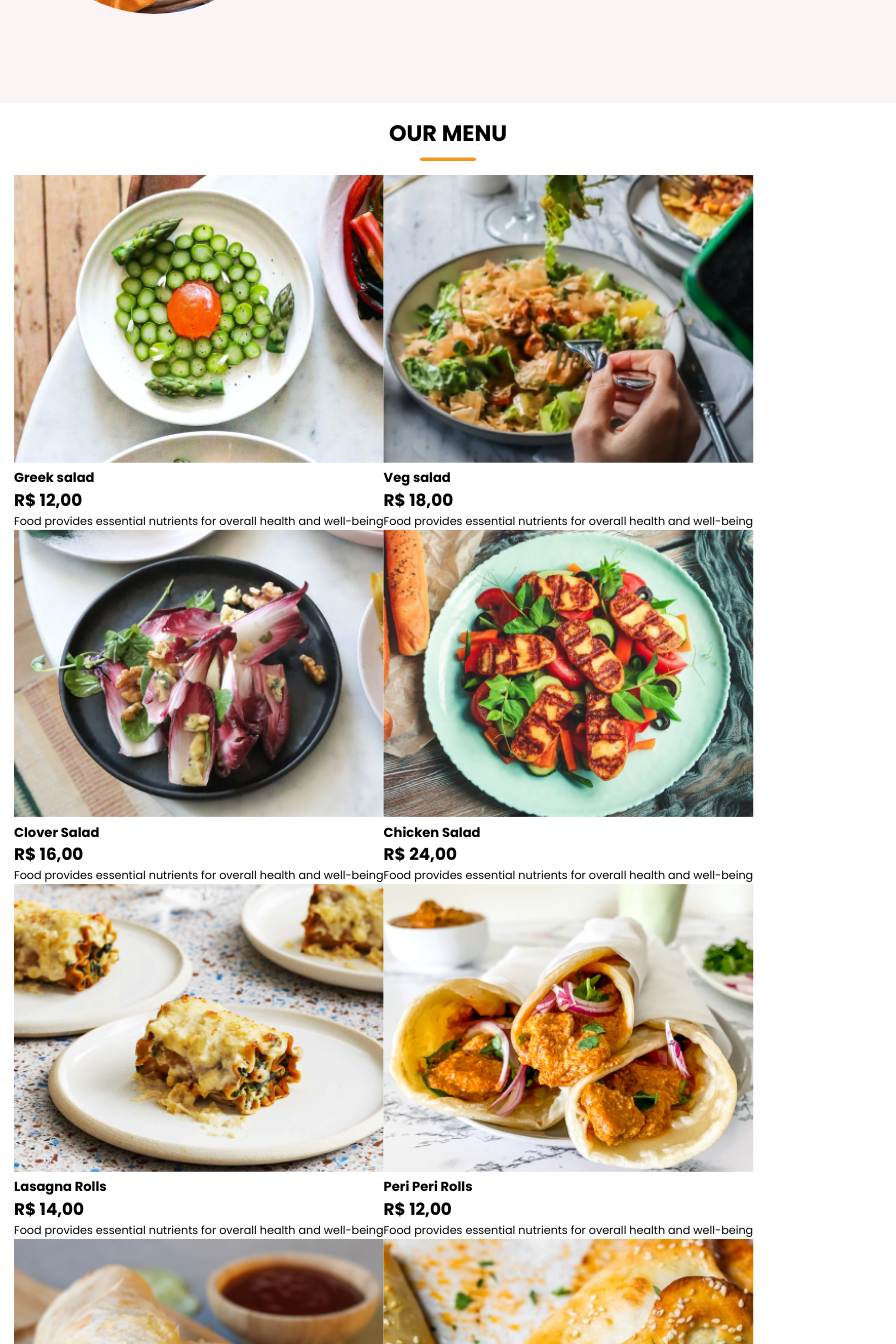
Repository: guilhermecardoso93/coffe-site-vite
Page: /
An editor plug-in stored every save of this project. The page is shown before and after the next save, followed by the edit.
The browser window is 1280 px wide. The pictures show the part of the page from y = 1220 to 3140 px (the page is 9576 px tall before and 10018 px after), at 70% of full size.
Some web fonts or font styles are not loaded; a fallback is used. The project was rebuilt for these pictures with package versions that can differ from the ones it lists, and the page was loaded fresh each time. Also part of the build but not shown: vite.config.js.

Above is the page before, as saved 2024-11-21 18:48:55.

### index.html
<!doctype html>
<html lang="en">

<head>
    <meta charset="UTF-8" />
    <link rel="icon" type="image/svg+xml" href="/vite.svg" />
    <link rel="preconnect" href="https://fonts.googleapis.com">
    <link rel="preconnect" href="https://fonts.gstatic.com" crossorigin>
    <link href="https://fonts.googleapis.com/css2?family=Miniver&family=Poppins:ital,wght@0,100;0,200;0,300;0,400;0,500;0,600;0,700;0,800;0,900;1,100;1,200;1,300;1,400;1,500;1,600;1,700;1,800;1,900&display=swap" rel="stylesheet">
    <meta name="viewport" content="width=device-width, initial-scale=1.0" />
    <title>Coffee WebSite</title>
</head>

<body>
    <div id="root"></div>
    <script type="module" src="/src/main.jsx"></script>
</body>

</html>

### src/main.jsx
import { StrictMode } from "react";
import { createRoot } from "react-dom/client";
import { App } from "./App.jsx";

import "./index.css";

createRoot(document.getElementById("root")).render(
  <StrictMode>
    <App />
  </StrictMode>
);

### src/App.jsx
import { Navbar } from "./components/Navbar";
import { Hero } from "./components/Hero";
import { About } from "./components/About";
import { Menu } from "./components/Menu";

export function App() {
  return (
    <>
      <Navbar />
      <Hero />
      <About />
      <Menu />
    </>
  );
}

### src/index.css
:root {
  font-synthesis: none;
  text-rendering: optimizeLegibility;
  -webkit-font-smoothing: antialiased;
  -moz-osx-font-smoothing: grayscale;

  --white-color: #fff;
  --dark-color: #252525;
  --primary-color: #3b141c;
  --secondary-color: #f3961c;
  --light-pink-color: #faf4f5;
  --medium-gray-color: #ccc;

  --font-size-s: 0.9rem;
  --font-size-n: 1rem;
  --font-size-m: 1.12rem;
  --font-size-l: 1.5rem;
  --font-size-xl: 2rem;
  --font-size-xxl: 2.3rem;

  --font-weight-normal: 400;
  --font-weight-medium: 500;
  --font-weight-semibold: 600;
  --font-weight-bold: 700;

  --border-radius-s: 8px;
  --border-radius-m: 30px;
  --border-radius-circle: 50%;

  --site-max-width: 1300px;
}

* {
  padding: 0;
  margin: 0;
  box-sizing: border-box;
  font-family: "Poppins", sans-serif;
}

ul {
  list-style: none;
}

a {
  text-decoration: none;
}

button {
  cursor: pointer;
  border: none;
  background-color: none;
}

img {
  width: 100%;
}

.section-content {
  margin: 0 auto;
  padding: 0 20px;
  max-width: var(--site-max-width);
}

.section-title {
  text-align: center;
  padding: 20px 0;
  text-transform: uppercase;
  font-size: var(--font-size-xl);
}

.section-title::after {
  content: '';
  width: 80px;
  height: 5px;
  display: block;
  margin: 10px auto 0;
  border-radius: var(--border-radius-s);
  background-color: var(--secondary-color);
}


@media screen and (max-width: 900px) {
  :root {
    --font-size-s: 0.9rem;
    --font-size-n: 1rem;
    --font-size-m: 1rem;
    --font-size-l: 1.3rem;
    --font-size-xl: 1.5rem;
    --font-size-xxl: 1.8rem;
  }
}

### src/components/Navbar/index.jsx
import { useState } from "react";
import { AlignJustify, X } from "lucide-react";
import "./styles.css";

export function Navbar() {
  // Estado para controlar a visibilidade do menu
  const [isMobileMenuOpen, setMobileMenuOpen] = useState(false);

  // Alternar o estado do menu
  const toggleMobileMenu = () => {
    setMobileMenuOpen((prevState) => !prevState);
    document.body.classList.toggle("show-mobile-menu", !isMobileMenuOpen); // Para adicionar/remover a classe no body
  };

  return (
    <header>
      <nav className="navbar section-content">
        <a href="/" className="nav-logo">
          <h2 className="logo-text">☕Coffee</h2>
        </a>
        {/* Menu com classe condicional */}
        <ul className={`nav-menu ${isMobileMenuOpen ? "show-mobile-menu" : ""}`}>
          <button id="menu-close-button" onClick={toggleMobileMenu}>
            <X color="black" size={40} />
          </button>
          <li className="nav-item">
            <a href="/" className="nav-link">
              Home
            </a>
          </li>
          <li className="nav-item">
            <a href="/about" className="nav-link">
              About
            </a>
          </li>
          <li className="nav-item">
            <a href="/menu" className="nav-link">
              Menu
            </a>
          </li>
          <li className="nav-item">
            <a href="/gallery" className="nav-link">
              Gallery
            </a>
          </li>
          <li className="nav-item">
            <a href="/contact" className="nav-link">
              Contact
            </a>
          </li>
        </ul>
        {/* Botão para abrir o menu */}
        <button id="menu-open-button" onClick={toggleMobileMenu}>
          <AlignJustify color="white" size={40} />
        </button>
      </nav>
    </header>
  );
}

### src/components/Hero/index.jsx
import heroImg from "../../assets/images/coffee-hero-section.png";
import "./styles.css";

export function Hero() {
  return (
    <main>
      <section className="hero-section">
        <div className="section-content-hero">
          <div className="hero-details">
            <h2 className="title">Best Coffee</h2>
            <h3 className="subtitle">
              Make your day great with our special coffee!
            </h3>
            <p className="description">
              Welcome to uor coffee paradise, where every tells a story end
              every cup sparks joy.
            </p>
            <div className="buttons">
              <a href="#" className="button order-now">
                {" "}
                Order Now
              </a>
              <a href="#" className="button contact-us">
                {" "}
                Contact Now
              </a>
            </div>
          </div>
          <div className="hero-image-wrapper">
            <img src={heroImg} alt="" className="hero-image" />
          </div>
        </div>
      </section>
    </main>
  );
}

### src/components/About/index.jsx
import { Instagram, Twitter, Youtube } from "lucide-react";
import AboutImg from "../../assets/images/about-image.jpg";
import "./styles.css";
export function About() {
  return (
    <section className="about-section" id="about">
      <div className="section-content">
        <div className="about-image-wrapper">
          <img src={AboutImg} alt="" className="about-image" />
        </div>
        <div className="about-details">
          <h2 className="section-title">About Us</h2>
          <p>
            At Coffee House in Berndorf, Germany, we pride ourselves on being a
            go-to destination for coffee lovers and conversation seekers alike.
            We're dedicated to providing an exceptional coffee experience in a
            cozy and inviting atmosphere, where guests can relax, unwind, and
            enjoy their time in comfort.
          </p>
          <div className="social-link-list">
            <a href="" className="social-link">
              <Instagram />
            </a>
            <a href="" className="social-link">
              <Twitter />
            </a>
            <a href="" className="social-link">
              <Youtube />
            </a>
          </div>
        </div>
      </div>
    </section>
  );
}

### src/components/Menu/index.jsx
import { food_list } from "../../assets/assets";

import "./styles.css";

export function Menu() {
  return (
      <section className="menu-section">
        <h2 className="section-title">Our Menu</h2>
        <div className="section-content">
          <ul className="menu-list">
            {food_list.map((item) => {
              const precoFormatado = item.price.toLocaleString("pt-BR", {
                style: "currency",
                currency: "BRL",
              });

              return (
                <li key={item._id} className="menu-item">
                  <img
                    src={item.image}
                    alt={item.name}
                    className="menu-image"
                  />
                  <h3>{item.name}</h3>
                  <h2>{precoFormatado}</h2>
                  <p>{item.description}</p>
                </li>
              );
            })}
          </ul>
        </div>
      </section>
  );
}

### src/components/Navbar/styles.css
header {
  position: fixed;
  width: 100%;
  z-index: 5;
  background-color: var(--primary-color);
}

header .navbar {
  display: flex;
  align-items: center;
  justify-content: space-between;
  padding: 20px;
}

.navbar .nav-logo .logo-text {
  color: var(--white-color);
  font-size: var(--font-size-xl);
  font-weight: var(--font-weight-semibold);
}

/* Menu principal */
.navbar .nav-menu {
  display: flex;
  gap: 10px;
  transition: transform 0.3s ease;
}

body.show-mobile-menu .nav-menu {
  transform: translateX(0);
}


.navbar .nav-menu.open {
  transform: translateX(0);
}

.navbar .nav-menu.closed {
  transform: translateX(-100%);
}

/* Botões de controle */
#menu-close-button,
#menu-open-button {
  display: none;
}

#menu-close-button,
#menu-open-button {
  cursor: pointer;
}

#menu-close-button {
  position: absolute;
  right: 30px;
  top: 30px;
}

/* Links do menu */
.navbar .nav-menu .nav-item {
  text-align: center;
  color: var(--white-color);
  padding: 10px 18px;
  border-radius: var(--border-radius-m);
  font-size: var(--font-size-m);
  transition: 0.3s ease;
}

.navbar .nav-menu .nav-item a {
  color: var(--white-color);
}

.navbar .nav-menu .nav-item:hover {
  color: var(--primary-color);
  background-color: var(--secondary-color);
}

/* Estilos responsivos */
@media screen and (max-width: 900px) {

  #menu-close-button,
  #menu-open-button {
    display: block;
    font-size: var(--font-size-l);
    background: none;
  }

  .navbar .nav-menu {
    flex-direction: column;
    position: fixed;
    top: 0;
    left: 0;
    width: 300px;
    height: 100%;
    padding-top: 100px;
    background: var(--white-color);
    transform: translateX(-100%);
  }

  .navbar .nav-menu .nav-item a {
    color: var(--dark-color);
  }


  .nav-menu .nav-item {
    margin-bottom: 2rem;
    background: none;
  }

  .navbar .nav-menu.open {
    transform: translateX(0);
  }

  .navbar .nav-menu .nav-link {
    margin-top: 17px;
    color: var(--dark-color);
    font-size: var(--font-size-l);
    gap: 1rem;
  }
}

### src/components/Hero/styles.css
.hero-section {
  min-height: 100vh;
  background-color: var(--primary-color);
}

.hero-section .section-content-hero {
  display: flex;
  align-items: center;
  min-height: 100vh;
  color: var(--white-color);
  justify-content: space-between;
  padding-top: 5rem;
  margin: 0 auto;
  padding: 0 20px;
  max-width: var(--site-max-width);
}

.hero-section .hero-details .title {
  font-size: var(--font-size-xxl);
  color: var(--secondary-color);
  font-weight: var(--font-weight-bold);
  font-family: "Miniver", sans-serif;
}

.hero-section .hero-details .subtitle {
  font-size: var(--font-size-xl);
  margin-top: 8px;
  max-width: 70%;
  font-weight: var(--font-weight-semibold);
}

.hero-section .hero-details .description {
  max-width: 70%;
  margin: 24px 0 40px;
  font-size: var(--font-size-m);
}

.hero-section .buttons {
  display: flex;
  gap: 23px;
}

.hero-section .hero-details .button {
  display: flex;
  align-items: center;
  text-align: center;
  padding: 10px 26px;
  color: var(--primary-color);
  border: 2px solid transparent;
  border-radius: var(--border-radius-m);
  background-color: var(--secondary-color);
  font-weight: var(--font-weight-medium);
  transition: 0.3s ease;
}

.hero-section .hero-details .button:hover,
.hero-section .hero-details .contact-us {
  color: var(--white-color);
  border-color: var(--white-color);
  background: transparent;
}

.hero-section .hero-details .contact-us:hover {
  color: var(--primary-color);
  border-color: var(--secondary-color);
  background-color: var(--secondary-color);
}

.hero-mage-wrapper {
  max-width: 500px;
  margin-right: 30px;
}

@media screen and (max-width: 900px) {
  .hero-section .section-content-hero {
    flex-direction: column-reverse;
    justify-content: center;
    gap: 50px;
    padding: 30px 20px 20px;
  }

  .hero-section .hero-image-wrapper {
    max-width: 270px;
    margin-right: 0;
  }

  .hero-section .hero-details :is(.subtitle, .description) {
    max-width: 100%;
  }

  .hero-section .hero-details .buttons {
    justify-content: center;
  }

  .hero-details {
    display: flex;
    flex-direction: column;
    align-items: center;
    justify-content: center;
  }
}

### src/components/About/styles.css
.about-section {
  padding: 120px 0;
  background-color: var(--light-pink-color);
}

.about-section .section-content {
  display: flex;
  align-items: center;
  justify-content: space-between;
  gap: 50px;
}

.about-section .about-details {
  max-width: 50%;
}

.about-section .about-image-wrapper .about-image {
  width: 400px;
  height: 400px;
  object-fit: cover;
  border-radius: var(--border-radius-circle);
}

.about-section .about-details .section-details {
  padding: 0;
}

.about-section .about-details p {
  line-height: 30px;
  margin: 50px 0 30px;
  text-align: center;
  font-size: var(--font-size-m);
}

.about-section .social-link-list {
  display: flex;
  gap: 25px;
  justify-content: center;
}

.about-section .social-link-list .social-link {
  color: var(--primary-color);
  font-size: var(--font-size-l);
  transition: 0.2s ease;
}

.about-section .social-link-list .social-link:hover {
  color: var(--secondary-color);

}

@media screen and (max-width: 900px) {
  .about-section .section-content {
    flex-direction: column;
    gap: 70px;
  }

  .about-section .about-image-wrapper .about-image {
    width: 100%;
    height: 100%;
    max-width: 250px;
    aspect-ratio: 1;
  }

  .about-section .about-details {
    max-width: 100%;
  }
}

### src/assets/assets.js

import food_1 from './food/food_1.png'
import food_2 from './food/food_2.png'
import food_3 from './food/food_3.png'
import food_4 from './food/food_4.png'
import food_5 from './food/food_5.png'
import food_6 from './food/food_6.png'
import food_7 from './food/food_7.png'
import food_8 from './food/food_8.png'
import food_9 from './food/food_9.png'
import food_10 from './food/food_10.png'
import food_11 from './food/food_11.png'
import food_12 from './food/food_12.png'
import food_13 from './food/food_13.png'
import food_14 from './food/food_14.png'
import food_15 from './food/food_15.png'
import food_16 from './food/food_16.png'
import food_17 from './food/food_17.png'
import food_18 from './food/food_18.png'
import food_19 from './food/food_19.png'
import food_20 from './food/food_20.png'
import food_21 from './food/food_21.png'
import food_22 from './food/food_22.png'
import food_23 from './food/food_23.png'
import food_24 from './food/food_24.png'
import food_25 from './food/food_25.png'
import food_26 from './food/food_26.png'
import food_27 from './food/food_27.png'
import food_28 from './food/food_28.png'
import food_29 from './food/food_29.png'
import food_30 from './food/food_30.png'
import food_31 from './food/food_31.png'
import food_32 from './food/food_32.png'


export const food_list = [
    {
        _id: "1",
        name: "Greek salad",
        image: food_1,
        price: 12,
        description: "Food provides essential nutrients for overall health and well-being",
        category: "Salad"
    },
    {
        _id: "2",
        name: "Veg salad",
        image: food_2,
        price: 18,
        description: "Food provides essential nutrients for overall health and well-being",
        category: "Salad"
    }, {
        _id: "3",
        name: "Clover Salad",
        image: food_3,
        price: 16,
        description: "Food provides essential nutrients for overall health and well-being",
        category: "Salad"
    }, {
        _id: "4",
        name: "Chicken Salad",
        image: food_4,
        price: 24,
        description: "Food provides essential nutrients for overall health and well-being",
        category: "Salad"
    }, {
        _id: "5",
        name: "Lasagna Rolls",
        image: food_5,
        price: 14,
        description: "Food provides essential nutrients for overall health and well-being",
        category: "Rolls"
    }, {
        _id: "6",
        name: "Peri Peri Rolls",
        image: food_6,
        price: 12,
        description: "Food provides essential nutrients for overall health and well-being",
        category: "Rolls"
    }, {
        _id: "7",
        name: "Chicken Rolls",
        image: food_7,
        price: 20,
        description: "Food provides essential nutrients for overall health and well-being",
        category: "Rolls"
    }, {
        _id: "8",
        name: "Veg Rolls",
        image: food_8,
        price: 15,
        description: "Food provides essential nutrients for overall health and well-being",
        category: "Rolls"
    }, {
        _id: "9",
        name: "Ripple Ice Cream",
        image: food_9,
        price: 14,
        description: "Food provides essential nutrients for overall health and well-being",
        category: "Deserts"
    }, {
        _id: "10",
        name: "Fruit Ice Cream",
        image: food_10,
        price: 22,
        description: "Food provides essential nutrients for overall health and well-being",
        category: "Deserts"
    }, {
        _id: "11",
        name: "Jar Ice Cream",
        image: food_11,
        price: 10,
        description: "Food provides essential nutrients for overall health and well-being",
        category: "Deserts"
    }, {
        _id: "12",
        name: "Vanilla Ice Cream",
        image: food_12,
        price: 12,
        description: "Food provides essential nutrients for overall health and well-being",
        category: "Deserts"
    },
    {
        _id: "13",
        name: "Chicken Sandwich",
        image: food_13,
        price: 12,
        description: "Food provides essential nutrients for overall health and well-being",
        category: "Sandwich"
    },
    {
        _id: "14",
        name: "Vegan Sandwich",
        image: food_14,
        price: 18,
        description: "Food provides essential nutrients for overall health and well-being",
        category: "Sandwich"
    }, {
        _id: "15",
        name: "Grilled Sandwich",
        image: food_15,
        price: 16,
        description: "Food provides essential nutrients for overall health and well-being",
        category: "Sandwich"
    }, {
        _id: "16",
        name: "Bread Sandwich",
        image: food_16,
        price: 24,
        description: "Food provides essential nutrients for overall health and well-being",
        category: "Sandwich"
    }, {
        _id: "17",
        name: "Cup Cake",
        image: food_17,
        price: 14,
        description: "Food provides essential nutrients for overall health and well-being",
        category: "Cake"
    }, {
        _id: "18",
        name: "Vegan Cake",
        image: food_18,
        price: 12,
        description: "Food provides essential nutrients for overall health and well-being",
        category: "Cake"
    }, {
        _id: "19",
        name: "Butterscotch Cake",
        image: food_19,
        price: 20,
        description: "Food provides essential nutrients for overall health and well-being",
        category: "Cake"
    }, {
        _id: "20",
        name: "Sliced Cake",
        image: food_20,
        price: 15,
        description: "Food provides essential nutrients for overall health and well-being",
        category: "Cake"
    }, {
        _id: "21",
        name: "Garlic Mushroom ",
        image: food_21,
        price: 14,
        description: "Food provides essential nutrients for overall health and well-being",
        category: "Pure Veg"
    }, {
        _id: "22",
        name: "Fried Cauliflower",
        image: food_22,
        price: 22,
        description: "Food provides essential nutrients for overall health and well-being",
        category: "Pure Veg"
    }, {
        _id: "23",
        name: "Mix Veg Pulao",
        image: food_23,
        price: 10,
        description: "Food provides essential nutrients for overall health and well-being",
        category: "Pure Veg"
    }, {
        _id: "24",
        name: "Rice Zucchini",
        image: food_24,
        price: 12,
        description: "Food provides essential nutrients for overall health and well-being",
        category: "Pure Veg"
    },
    {
        _id: "25",
        name: "Cheese Pasta",
        image: food_25,
        price: 12,
        description: "Food provides essential nutrients for overall health and well-being",
        category: "Pasta"
    },
    {
        _id: "26",
        name: "Tomato Pasta",
        image: food_26,
        price: 18,
        description: "Food provides essential nutrients for overall health and well-being",
        category: "Pasta"
    }, {
        _id: "27",
        name: "Creamy Pasta",
        image: food_27,
        price: 16,
        description: "Food provides essential nutrients for overall health and well-being",
        category: "Pasta"
    }, {
        _id: "28",
        name: "Chicken Pasta",
        image: food_28,
        price: 24,
        description: "Food provides essential nutrients for overall health and well-being",
        category: "Pasta"
    }, {
        _id: "29",
        name: "Buttter Noodles",
        image: food_29,
        price: 14,
        description: "Food provides essential nutrients for overall health and well-being",
        category: "Noodles"
    }, {
        _id: "30",
        name: "Veg Noodles",
        image: food_30,
        price: 12,
        description: "Food provides essential nutrients for overall health and well-being",
        category: "Noodles"
    }, {
        _id: "31",
        name: "Somen Noodles",
        image: food_31,
        price: 20,
        description: "Food provides essential nutrients for overall health and well-being",
        category: "Noodles"
    }, {
        _id: "32",
        name: "Cooked Noodles",
        image: food_32,
        price: 15,
        description: "Food provides essential nutrients for overall health and well-being",
        category: "Noodles"
    }
]

### src/components/Menu/styles.css
.menu-section .menu-list {
  display: flex;
  flex-wrap: wrap;
  align-items: center;
}

After the next save:
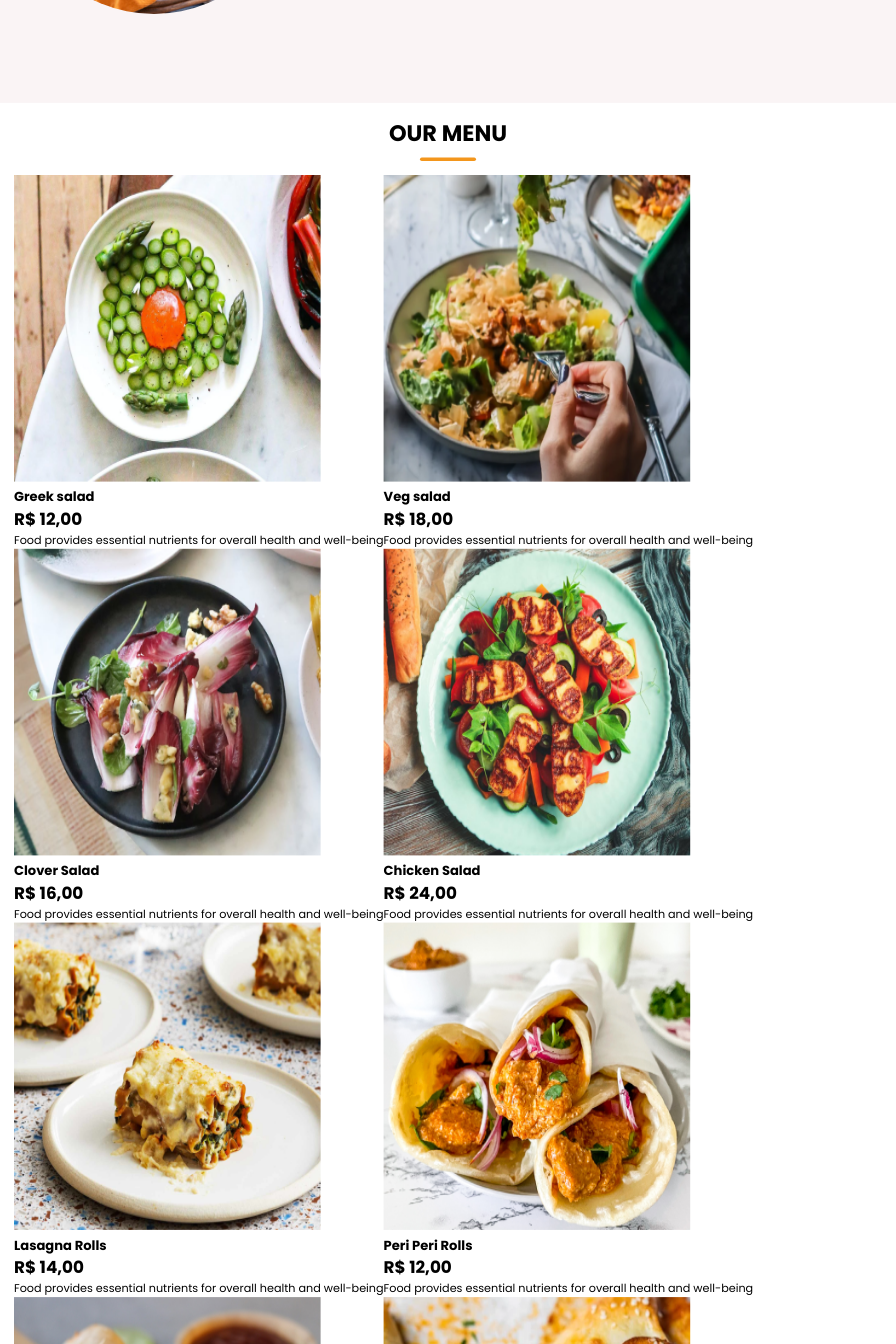
Saved 2 min 40 s later.
--- a/src/components/Menu/styles.css
+++ b/src/components/Menu/styles.css
@@ -3,3 +3,8 @@
   flex-wrap: wrap;
   align-items: center;
 }
+
+.menu-section .menu-list  .menu-item .menu-image {
+  max-width: 83%;
+  aspect-ratio: 1;
+}
